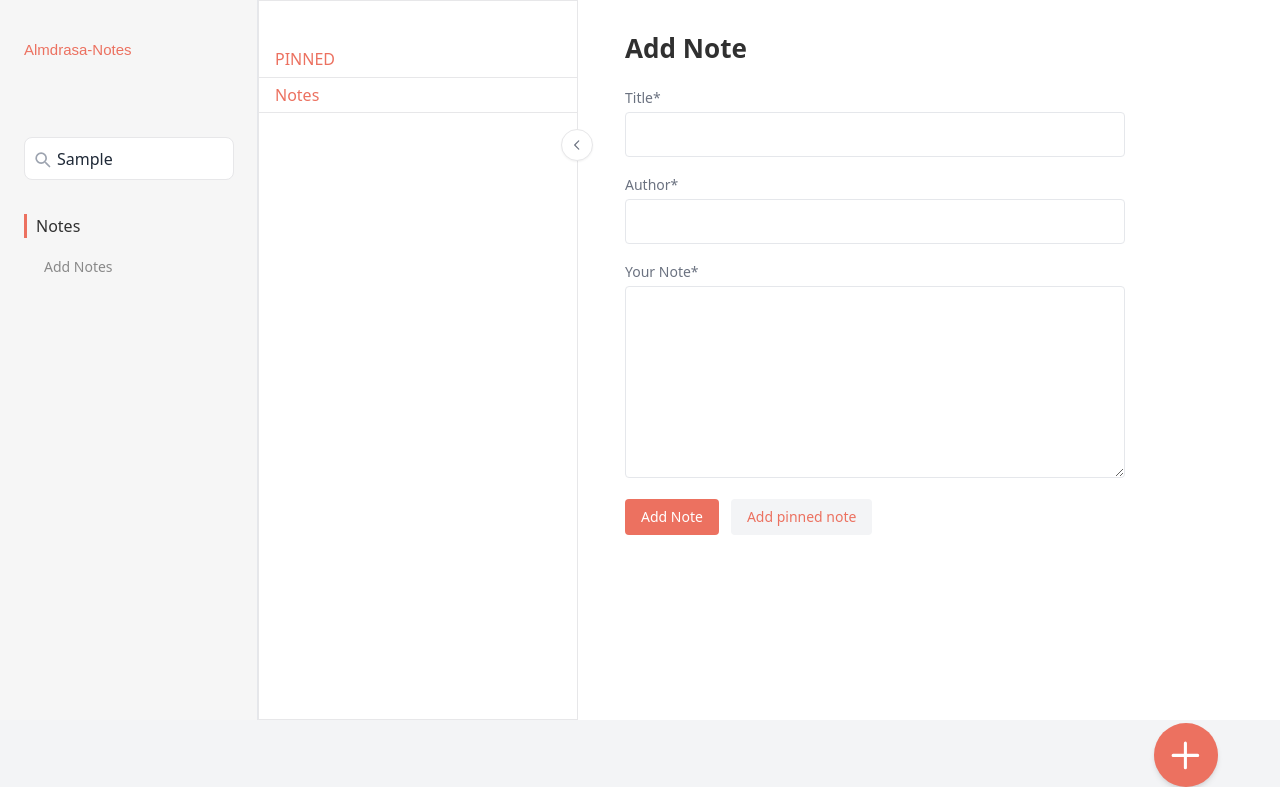
Repository: wafaa399/Note-App
Page: index.html
These files come from the project's save history. The page is drawn as it stood at one moment and after the next save; the edit follows.
The browser window is 1280 px wide. The pictures show the whole page.
Empty fields were first filled with sample values (such as "Sample", 5 or name@example.com).
After loading, the first visible `#addNoteFab` was clicked once.
Some web fonts or font styles are not loaded; a fallback is used. Some web libraries are served in a nearby version.

Above is the page before, as saved 2026-07-20 02:40:55.

### index.html
<!doctype html>
<html lang="en">
  <head>
    <meta charset="UTF-8" />
    <meta name="viewport" content="width=device-width, initial-scale=1.0" />
    <meta
      name="description"
      content="A notes application built with HTML, CSS, and JavaScript."
    />
    <meta name="keywords" content="notes, HTML, CSS, JavaScript" />
    <link rel="icon" href="/img/Logo.png" type="image/png" />
    <title>Note App</title>
    <script src="https://cdn.tailwindcss.com"></script>
    <link rel="preconnect" href="https://fonts.googleapis.com" />
    <link rel="preconnect" href="https://fonts.gstatic.com" crossorigin />
    <link
      href="https://fonts.googleapis.com/css2?family=Aclonica&display=swap"
      rel="stylesheet"
    />

    <script>
      tailwind.config = {
        theme: {
          extend: {
            fontFamily: {
              aclonica: ["Aclonica", "sans-serif"],
            },
          },
        },
      };
    </script>
  </head>
  <script
    type="module"
    src="https://unpkg.com/ionicons@7.1.0/dist/ionicons/ionicons.esm.js"
  ></script>
  <script
    nomodule
    src="https://unpkg.com/ionicons@7.1.0/dist/ionicons/ionicons.js"
  ></script>
  <script type="module" src="./src/controller.js"></script>
  <body class="bg-gray-100 h-screen overflow-hidden text-sm text-gray-800">
    <div class="flex h-screen w-screen relative">
      <!--------SIDEBAR -------->
      <aside
        id="sidebar"
        class="bg-[#F6F6F6] border-r border-gray-200 flex-shrink-0 overflow-hidden pl-6 pt-10"
        style="width: 16.125rem"
      >
        <div class="w-[8.375rem] h-[1.0625rem] mb-[5rem]">
          <h1 class="font-aclonica text-[0.9375rem] text-[#EC7160] font-normal">
            Almdrasa-Notes
          </h1>
        </div>

        <div class="relative mb-5 w-[13.125rem] h-[2.6875rem]">
          <input
            type="text"
            placeholder="Search"
            class="w-full h-full text-[1rem] border border-[#E7E7E9] rounded-lg pl-8 py-2 outline-none focus:ring-1 focus:ring-red-400"
          />
          <svg
            class="w-5 h-5 text-gray-400 absolute left-2 top-1/2 -translate-y-1/2"
            fill="none"
            stroke="currentColor"
            viewBox="0 0 24 24"
          >
            <path
              stroke-linecap="round"
              stroke-linejoin="round"
              stroke-width="2"
              d="M21 21l-4.35-4.35M17 11a6 6 0 11-12 0 6 6 0 0112 0z"
            />
          </svg>
        </div>
        <div class="space-y-2">
          <button
            data-view="notes"
            class="nav-item relative w-full h-[3.3rem] pl-3 rounded text-[1rem] font-medium text-[#303030] flex items-center"
          >
            <span
              class="absolute left-0 top-1/2 -translate-y-1/2 w-[.2rem] h-[1.5rem] bg-[#EC7160]"
            ></span>
            Notes
          </button>

          <button
            data-view="add"
            class="nav-item w-full h-3 text-left pl-5 rounded text-[#898989] flex items-center hover:bg-gray-50"
          >
            Add Notes
          </button>
        </div>
      </aside>

      <!--NOTES LIST:pinned or all -->
      <section
        class="relative w-80 flex-shrink-0 border border-[#E7E7E9] bg-white text-[#EC7160] h-full"
      >
        <div class="h-full overflow-y-auto overflow-x-hidden px-4 pt-12">
          <div class="mb-1">
            <p class="text-[1rem] font-normal mb-2">PINNED</p>
            <div id="pinnedList" class="space-y-1"></div>
          </div>
          <div class="mt-17">
            <div
              class="-mx-4 mb-8 h-[36px] border-y border-[#E7E7E9] flex items-center"
            >
              <p class="px-4 text-[1rem] font-normal">Notes</p>
            </div>
            <div id="notesList" class="space-y-9"></div>
          </div>
        </div>
        <button
          id="toggleBtn"
          class="absolute top-32 right-0 translate-x-1/2 z-20 w-8 h-8 bg-white border border-[#E7E7E9] rounded-full flex items-center justify-center shadow-sm hover:bg-gray-50 transition-all"
        >
          <svg
            id="toggleIcon"
            class="w-3.5 h-3.5 text-gray-500 transition-transform"
            fill="none"
            stroke="currentColor"
            viewBox="0 0 24 24"
          >
            <path
              stroke-linecap="round"
              stroke-linejoin="round"
              stroke-width="2"
              d="M15 19l-7-7 7-7"
            />
          </svg>
        </button>
      </section>
      <!--NOTE DETAIL -->
      <main class="flex-1 overflow-y-auto bg-white">
        <div id="detailView" class="max-w-2xl mx-auto p-8"></div>
        <button
          id="addNoteFab"
          class="absolute top-[45.2rem] right-[3.9rem] w-16 h-16 rounded-full bg-[#EC7160] text-white flex items-center justify-center shadow-md hover:bg-[#e05f4d] transition-colors"
        >
          <svg
            class="w-[2.3rem] h-[2.3rem]"
            fill="none"
            stroke="currentColor"
            viewBox="0 0 24 24"
          >
            <path
              stroke-linecap="round"
              stroke-linejoin="round"
              stroke-width="2"
              d="M12 4v16m8-8H4"
            />
          </svg>
        </button>
      </main>
    </div>
  </body>
</html>

### src/controller.js
// ==========================================
// CONTROLLER: هو الوحيد اللي بيكلم الـ Model والـ Views مع بعض
// ==========================================
import * as Model from "./model.js";
import { renderNotesList } from "./Views/notesView.js";
import { renderNoteDetail, renderAddNoteForm } from "./Views/detailsView.js";

let currentQuery = "";

function refreshList() {
  const source = currentQuery
    ? Model.searchNotes(currentQuery)
    : Model.getAllNotes();
  const pinned = source.filter((n) => n.pinned);
  const unpinned = source.filter((n) => !n.pinned);

  renderNotesList({
    pinned,
    unpinned,
    onSelect: (id) => {
      const note = Model.getNoteById(id);
      renderNoteDetail(note);
    },
    onDelete: (id) => {
      Model.deleteNote(id);
      refreshList();
      renderNoteDetail(null);
    },
  });
}

function showAddNoteForm() {
  renderAddNoteForm({
    onSubmit: ({ title, author, content, pinned }) => {
      const note = Model.addNote({ title, author, content, pinned });
      refreshList();
      renderNoteDetail(note);
    },
  });
}

function initSidebar() {
  document.querySelectorAll(".nav-item").forEach((btn) => {
    btn.addEventListener("click", () => {
      const view = btn.dataset.view;
      if (view === "add") {
        showAddNoteForm();
      } else {
        renderNoteDetail(null);
      }
    });
  });

  document
    .getElementById("addNoteFab")
    .addEventListener("click", showAddNoteForm);
}

function initSearch() {
  document
    .querySelector('input[placeholder="Search"]')
    .addEventListener("input", (e) => {
      currentQuery = e.target.value;
      refreshList();
    });
}

function initToggleSidebar() {
  const sidebar = document.getElementById("sidebar");
  const toggleBtn = document.getElementById("toggleBtn");
  const toggleIcon = document.getElementById("toggleIcon");
  let collapsed = false;

  toggleBtn.addEventListener("click", () => {
    collapsed = !collapsed;
    sidebar.style.width = collapsed ? "0rem" : "16.125rem";
    sidebar.style.paddingLeft = collapsed ? "0" : "";
    toggleIcon.style.transform = collapsed ? "rotate(180deg)" : "rotate(0deg)";
  });
}

function init() {
  initSidebar();
  initSearch();
  initToggleSidebar();
  refreshList();
  renderNoteDetail(null);
}

document.addEventListener("DOMContentLoaded", init);

### src/model.js
const Storage_Key = "almdrasa_notes";

// قراءة البيانات من Local Storage
function loadNotes() {
  const data = localStorage.getItem(Storage_Key);
  return data ? JSON.parse(data) : [];
}

// حفظ البيانات في Local Storage
function saveNotes(notes) {
  localStorage.setItem(Storage_Key, JSON.stringify(notes));
}

let notes = loadNotes();

export function getAllNotes() {
  return notes;
}

///status of notes
//1-pinned notes
export function getPinnedNotes() {
  return notes.filter((n) => n.pinned);
}

//2-regular notes
export function getUnpinnedNotes() {
  return notes.filter((n) => !n.pinned);
}
export function getNoteById(id) {
  return notes.find((n) => n.id === id);
}

export function addNote({ title, author, content, pinned = false }) {
  const newNote = {
    id: Date.now().toString(),
    title,
    author,
    content,
    date: new Date().toISOString(),
    pinned,
  };
  notes.unshift(newNote);
  saveNotes(notes);
  return newNote;
}

export function deleteNote(id) {
  notes = notes.filter((n) => n.id !== id);
  saveNotes(notes);
}

// export function togglePin(id) {
//   const note = getNoteById(id);
//   if (note) {
//     note.pinned = !note.pinned;
//     saveNotes(notes);
//   }
// }

export function searchNotes(query) {
  const q = query.trim().toLowerCase();
  if (!q) return notes;
  return notes.filter(
    (n) =>
      n.title.toLowerCase().includes(q) || n.content.toLowerCase().includes(q),
  );
}

### src/views/notesView.js
import { formatDate, truncate, clear } from "../helper.js";

function noteItemHTML(note) {
  return `
    <div class="w-[16.625rem] h-[6.625rem] note-item cursor-pointer px-2 py-2 rounded hover:bg-gray-50" data-id="${note.id}">
      <p class="font-medium text-[#303030] leading-6 text-[1rem] ">${note.title}</p>
      <p class="w-[16.5625rem] h-[2.5rem] text-[#898989]  text-[.82rem] font-medium leading-5  mt-1">${truncate(note.content, 70)}</p>
      <div class=" w-[14.5625rem] flex justify-between items-center mt-1 ">
        <span class="text-[#898989] text-[.81rem]  leading-5  font-medium mt-2">${formatDate(note.date)}</span>
        <button class="delete-btn text-[#D82700] text-sm " data-id="${note.id}">Delete</button>
      </div>
    </div>
  `;
}

export function renderNotesList({ pinned, unpinned, onSelect, onDelete }) {
  const pinnedContainer = document.getElementById("pinnedList");
  const notesContainer = document.getElementById("notesList");
  clear(pinnedContainer);
  clear(notesContainer);

  pinned.forEach((note) =>
    pinnedContainer.insertAdjacentHTML("beforeend", noteItemHTML(note)),
  );
  unpinned.forEach((note) =>
    notesContainer.insertAdjacentHTML("beforeend", noteItemHTML(note)),
  );

  document.querySelectorAll(".note-item").forEach((item) => {
    item.addEventListener("click", (e) => {
      if (e.target.classList.contains("delete-btn")) return;
      onSelect(item.dataset.id);
    });
  });

  document.querySelectorAll(".delete-btn").forEach((btn) => {
    btn.addEventListener("click", (e) => {
      e.stopPropagation();
      onDelete(btn.dataset.id);
    });
  });
}

### src/views/detailsView.js
import { formatDate } from "../helper.js";

export function renderNoteDetail(note) {
  const container = document.getElementById("detailView");
  if (!note) {
    container.innerHTML = `<p class="text-gray-400 text-center mt-20">اختار Note من القايمة عشان تتعرض هنا</p>`;
    return;
  }
  container.innerHTML = `
    <h2 class="text-2xl font-semibold text-[#303030] mb-1">${note.title}</h2>
    <p class="text-gray-400 text-sm mb-6">${formatDate(note.date)} / By ${note.author}</p>
    <p class="text-gray-600 leading-7 whitespace-pre-line">${note.content}</p>
  `;
}

export function renderAddNoteForm({ onSubmit }) {
  const container = document.getElementById("detailView");
  container.innerHTML = `

    <div class=" w-[37.5rem] h-[34.625rem] space-y-4 max-w-md">
    <h2 class="text-[1.63rem] leading-8 font-semibold text-[#303030] mb-6">Add Note</h2>
      <div class="w-[31.25rem] h-[4.4375rem]">
        <label class="block text-gray-500 mb-1">Title*</label>
        <input id="noteTitle" type="text" class=" w-[31.25rem] h-[2.8125rem] border border-gray-200 rounded px-3 py-2 outline-none focus:ring-1 focus:ring-red-400" />
      </div>
      <div class="w-[31.25rem] h-[4.4375rem]">
        <label class="block text-gray-500 mb-1">Author*</label>
        <input id="noteAuthor" type="text" class=" w-[31.25rem] h-[2.8125rem] border border-gray-200 rounded px-3 py-2 outline-none focus:ring-1 focus:ring-red-400" />
      </div>
      <div>
        <label class="block text-gray-500 mb-1">Your Note*</label>
        <textarea id="noteContent" rows="6" class="w-[31.25rem] h-[12rem] border border-gray-200 rounded px-3 py-2 outline-none focus:ring-1 focus:ring-red-400"></textarea>
      </div>
      <div class="flex gap-3">
        <button id="addNoteBtn" class="bg-[#EC7160] text-white px-4 py-2 rounded hover:bg-[#e05f4d]">Add Note</button>
        <button id="addPinnedBtn" class="bg-gray-100 text-[#EC7160] px-4 py-2 rounded hover:bg-gray-200">Add pinned note</button>
      </div>
    </div>
  `;

  function submitHandler(pinned) {
    const title = document.getElementById("noteTitle").value.trim();
    const author = document.getElementById("noteAuthor").value.trim();
    const content = document.getElementById("noteContent").value.trim();
    if (!title || !author || !content) {
      alert("من فضلك املأ كل الحقول");
      return;
    }
    onSubmit({ title, author, content, pinned });
  }

  document
    .getElementById("addNoteBtn")
    .addEventListener("click", () => submitHandler(false));
  document
    .getElementById("addPinnedBtn")
    .addEventListener("click", () => submitHandler(true));
}

### src/helper.js
export function formatDate(isoString) {
  const date = new Date(isoString);
  return date.toLocaleDateString("en-US", {
    month: "short",
    day: "numeric",
    year: "numeric",
  });
}
// //if the description of note very long add like etc...
export function truncate(text, maxLength = 90) {
  if (text.length <= maxLength) return text;
  return text.slice(0, maxLength).trim();
}

//for clearing search
export function clear(container) {
  container.innerHTML = "";
}

After the next save:
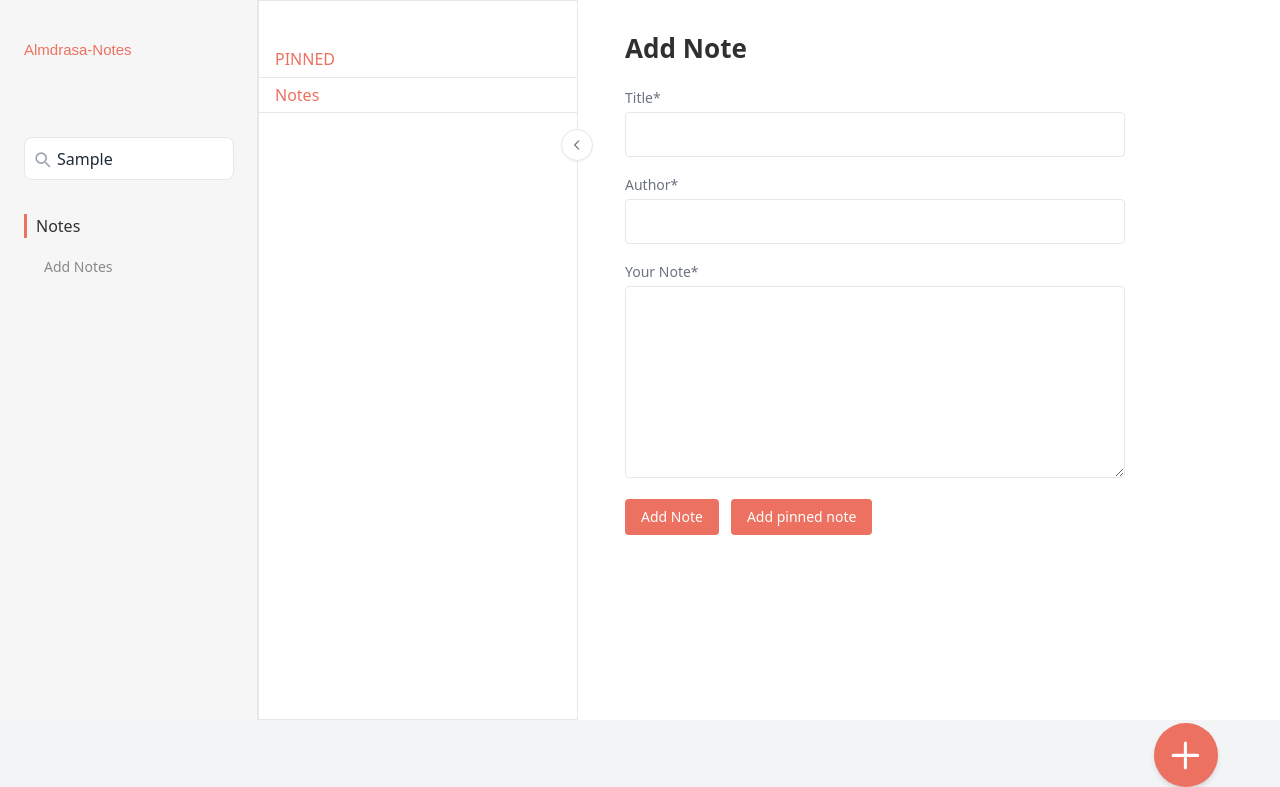
Saved 113 s later.
--- a/src/views/detailsView.js
+++ b/src/views/detailsView.js
@@ -33,7 +33,7 @@ export function renderAddNoteForm({ onSubmit }) {
       </div>
       <div class="flex gap-3">
         <button id="addNoteBtn" class="bg-[#EC7160] text-white px-4 py-2 rounded hover:bg-[#e05f4d]">Add Note</button>
-        <button id="addPinnedBtn" class="bg-gray-100 text-[#EC7160] px-4 py-2 rounded hover:bg-gray-200">Add pinned note</button>
+        <button id="addPinnedBtn" class="bg-[#EC7160] text-white  px-4 py-2 rounded hover:bg-gray-200">Add pinned note</button>
       </div>
     </div>
   `;
